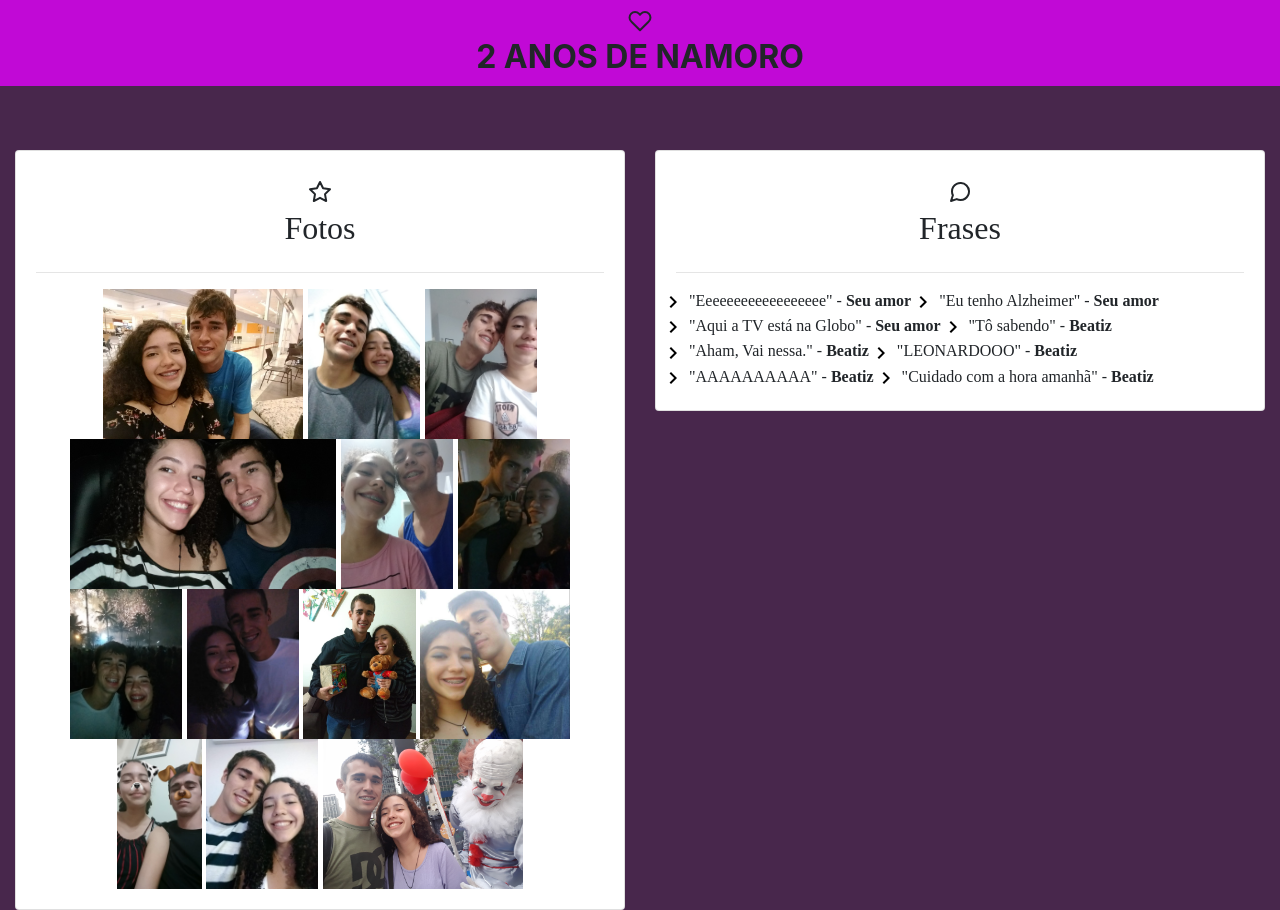
Repository: MeuAmor/meuamor.github.io
Page: index.html
The author's editor kept a copy of each file at every save. The page is drawn from the files as they stood at one save, then again after the next save.
The browser window is 1280 px wide. The pictures show the whole page.

Above is the page before, as saved 2019-08-20 23:31:23.

After the next save:
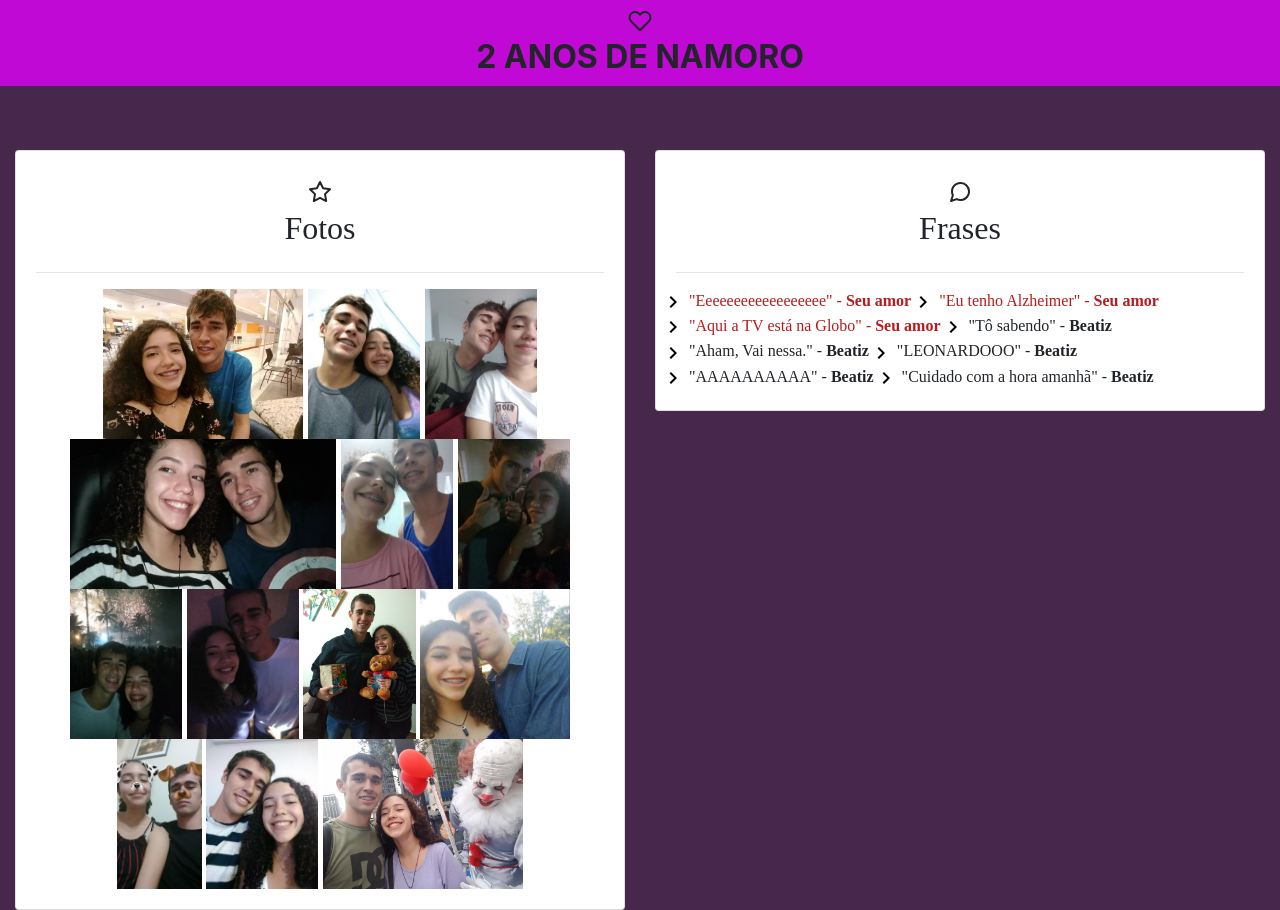
Saved 4 min 45 s later.
--- a/index.html
+++ b/index.html
@@ -121,21 +121,21 @@
             </h2>
 			<hr>
             <div class="row" style="font-family: 'Times New Roman', Times, serif">
-                    <div>
+                    <div style="color: #b71c1c;">
                         <svg xmlns="http://www.w3.org/2000/svg" width="24" height="24" viewBox="0 0 24 24">
                             <path d="M8.59 16.59L13.17 12 8.59 7.41 10 6l6 6-6 6-1.41-1.41z"/>
                             <path fill="none" d="M0 0h24v24H0V0z"/>
                         </svg>
                         "Eeeeeeeeeeeeeeeeee" - <b> Seu amor</b>
                     </div>
-                    <div>
+                    <div style="color: #b71c1c;">
                         <svg xmlns="http://www.w3.org/2000/svg" width="24" height="24" viewBox="0 0 24 24">
                             <path d="M8.59 16.59L13.17 12 8.59 7.41 10 6l6 6-6 6-1.41-1.41z"/>
                             <path fill="none" d="M0 0h24v24H0V0z"/>
                         </svg>
                         "Eu tenho Alzheimer" - <b> Seu amor</b>
                     </div>
-                    <div>
+                    <div style="color: #b71c1c;">
                         <svg xmlns="http://www.w3.org/2000/svg" width="24" height="24" viewBox="0 0 24 24">
                             <path d="M8.59 16.59L13.17 12 8.59 7.41 10 6l6 6-6 6-1.41-1.41z"/>
                             <path fill="none" d="M0 0h24v24H0V0z"/>
